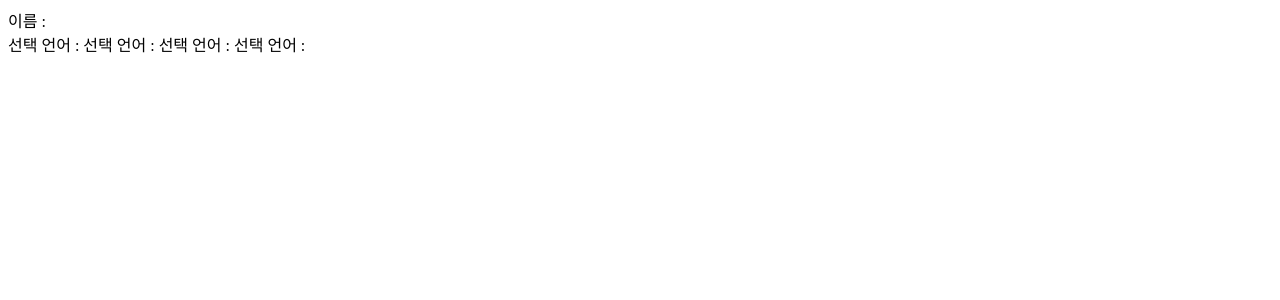
Repository: Gabintree/JDBC2019
Page: http://localhost/Jsp20190510_start/20190528_Param.jsp
The author's editor kept a copy of each file at every save. The page is drawn from the files as they stood at one save, then again after the next save.
The browser window is 1280 px wide. The pictures show the whole page.
The page is served by Tomcat 9.

Above is the page before, as saved 2019-05-28 02:28:53.

After the next save:
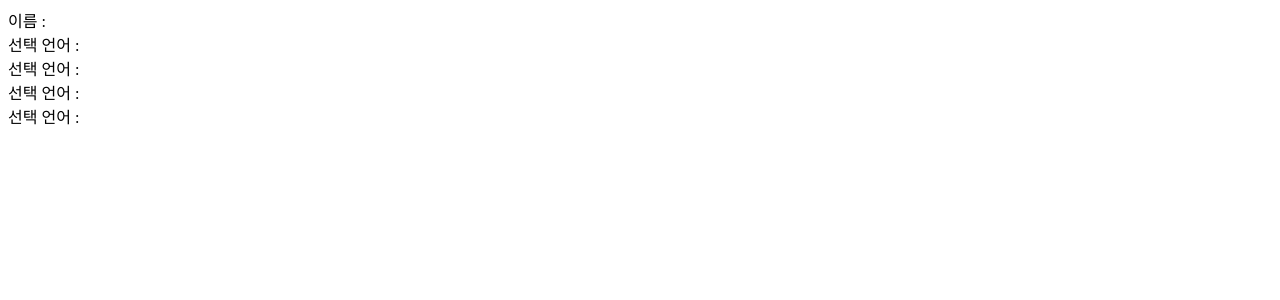
Saved 7 min 34 s later.
--- a/Jsp20190510_start/WebContent/20190528_Param.jsp
+++ b/Jsp20190510_start/WebContent/20190528_Param.jsp
@@ -12,10 +12,10 @@
 %>
 <body>
 	이름 : ${param.name}<br>
-	선택 언어 : ${paramValues.language [0]}
-	선택 언어 : ${paramValues.language [1]}
-	선택 언어 : ${paramValues.language [2]}
-	선택 언어 : ${paramValues.language [3]}
+	선택 언어 : ${paramValues.language [0]}<br>
+	선택 언어 : ${paramValues.language [1]}<br>
+	선택 언어 : ${paramValues.language [2]}<br>
+	선택 언어 : ${paramValues.language [3]}<br>
 
 </body>
 </html>
